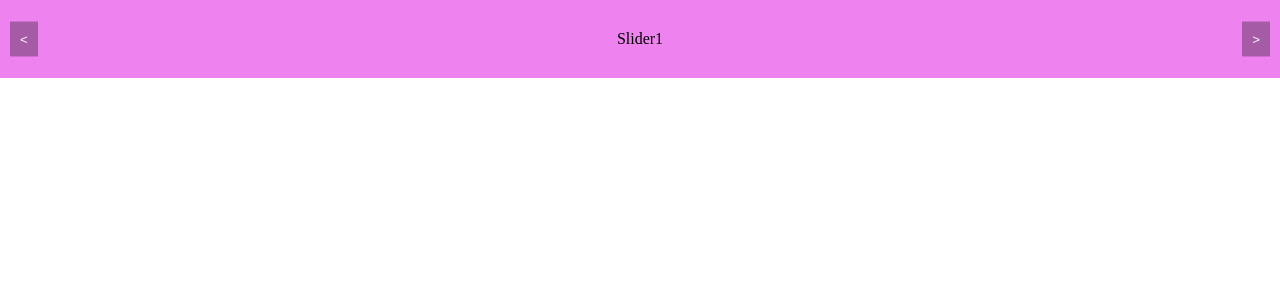
Repository: hoangan3526/Slideslip
Page: slidezy.html
These files come from the project's save history. The page is drawn as it stood at one moment and after the next save; the edit follows.
The browser window is 1280 px wide. The pictures show the whole page.

Above is the page before, as saved 2026-05-15 12:16:52.

After the next save:
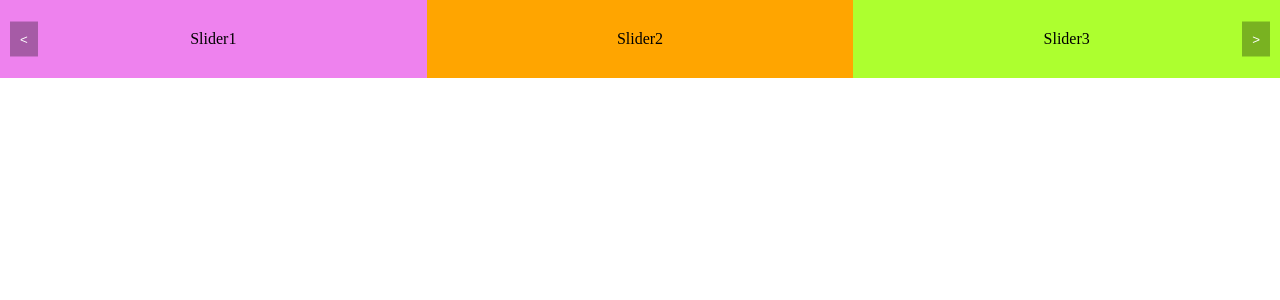
Saved 87 min 49 s later.
--- a/slidezy.html
+++ b/slidezy.html
@@ -42,7 +42,7 @@
     <script src="./src/slidezy.js"></script>
     <script>
       const slide = new Slidezy("#my-slider", {
-        items: 1,
+        items: 3,
         loop: true,
       });
       console.log(slide);
